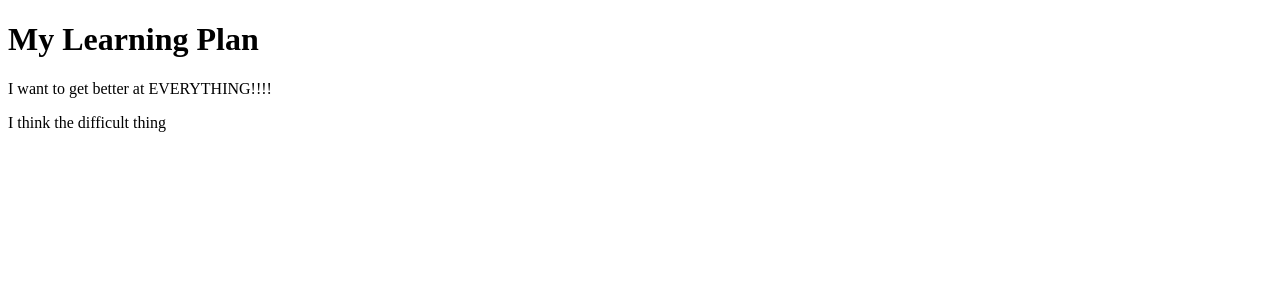
Repository: boofoo-png/mdia-2109
Page: learning-plan.html
These files come from the project's save history. The page is drawn as it stood at one moment and after the next save; the edit follows.
The browser window is 1280 px wide. The pictures show the whole page.

Above is the page before, as saved 2026-01-26 11:35:40.

### learning-plan.html
<!doctype html>
<html lang="en">
    <head>
        <meta charset="UTF-8" />
        <meta name="viewport" content="width=device-width, initial-scale=1.0" />
        <title>Learning Plan</title>
    </head>
    <body>
        <h1>My Learning Plan</h1>
        <p>I want to get better at EVERYTHING!!!!</p>
        <p>I think the difficult thing </p>
    </body>
</html>

After the next save:
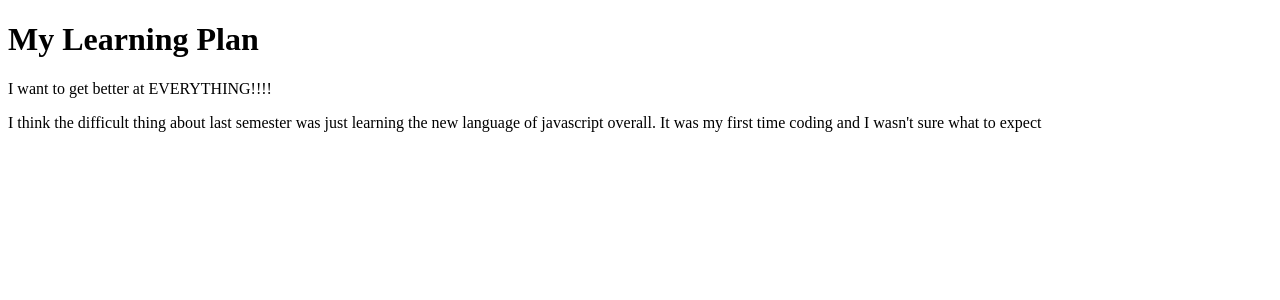
Saved 22 s later.
--- a/learning-plan.html
+++ b/learning-plan.html
@@ -8,6 +8,6 @@
     <body>
         <h1>My Learning Plan</h1>
         <p>I want to get better at EVERYTHING!!!!</p>
-        <p>I think the difficult thing </p>
+        <p>I think the difficult thing about last semester was just learning the new language of javascript overall. It was my first time coding and I wasn't sure what to expect </p>
     </body>
 </html>
